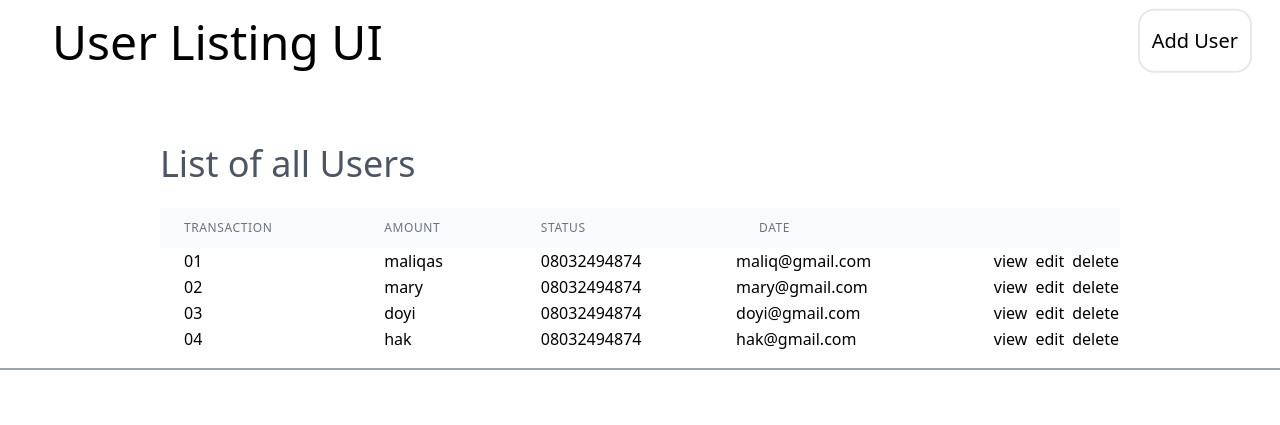
Repository: Marlstergo/listings
Page: / (app in client/)
These files come from the project's save history. The page is drawn as it stood at one moment and after the next save; the edit follows.
The browser window is 1280 px wide. The pictures show the whole page.
The project was rebuilt for these pictures with package versions that can differ from the ones it lists, and the page was loaded fresh each time. Also part of the build but not shown: client/craco.config.js, client/src/components/Loader.js, client/src/components/List.js, client/src/components/EditUser.js.

Above is the page before, as saved 2021-07-21 16:36:14.

### client/src/index.js
/* eslint-disable no-unused-vars */
import React from "react";
import ReactDOM from "react-dom";
import "./index.css";
import App from "./App";
import reportWebVitals from "./reportWebVitals";
import { BrowserRouter as Router } from 'react-router-dom';
import { Provider } from "react-redux";
import { store } from "./redux/store";
import { PersistGate } from "redux-persist/integration/react";
import { persistor } from "./redux/store";

ReactDOM.render(
  <React.StrictMode>
    <Provider store={store}>
      <Router>
        <PersistGate persistor={persistor}>
          <App />
        </PersistGate>
      </Router>
    </Provider>
  </React.StrictMode>,
  document.getElementById("root")
);

// If you want to start measuring performance in your app, pass a function
// to log results (for example: reportWebVitals(console.log))
// or send to an analytics endpoint. Learn more: https://bit.ly/CRA-vitals
reportWebVitals();

### client/src/App.js
import React, { useState } from "react";
import { BrowserRouter, Route, Switch, useLocation } from "react-router-dom";
import Header from "./components/Header";
import Home from "./components/Home";
import List from "./components/List";
// import Toppings from "./components/Toppings";
import Order from "./components/EditUser";
// import Modal from "./components/Modal";
import { AnimatePresence } from "framer-motion";

function App() {
  const location = useLocation();
  const showModal = true;

  return (
    <>
      <Header />
      {/* <Modal showModal={showModal} /> */}
      <AnimatePresence exitBeforeEnter>
        <BrowserRouter>
          <Switch>
            <Route exact name="home" path="/">
              <Home />
            </Route>
            {/* <Route exact path="/createUpdateUser">
            <Toppings />
          </Route> */}
            <Route path="/edit" exact name="order">
              <Order />
            </Route>
            <Route path="/view" exact name="view">
              <List/>
            </Route>
          </Switch>
        </BrowserRouter>
      </AnimatePresence>
    </>
  );
}

export default App;

### client/src/redux/store.js
import { createStore, applyMiddleware } from "redux";
import { logger } from 'redux-logger';
import {persistStore} from 'redux-persist';
// import thunk from 'redux-thunk'
import createSagaMiddleware from 'redux-saga'

import rootSaga from './root-sagas'

import rootReducer from './root-reducer';

const sagaMiddleware = createSagaMiddleware()

const middleware = [sagaMiddleware];

if( process.env.NODE_ENV === 'development'){
    middleware.push(logger)
}

export const store = createStore(rootReducer, applyMiddleware(...middleware))

sagaMiddleware.run(rootSaga)

export const persistor = persistStore(store)

export default (store, persistor);

### client/src/components/Header.js
import React from "react";
import { motion } from "framer-motion";

const svgVariants = {
  hidden: { rotate: -180 },
  visible: {
    rotate: 0,
    transition: { duration: 1 },
  },
};

const pathVariants = {
  hidden: {
    opacity: 0,
    pathLength: 0,
  },
  visible: {
    opacity: 1,
    pathLength: 1,
    transition: {
      duration: 2,
      ease: "easeInOut",
    },
  },
};

const buttonVariants = {
  show: {
    y: [0, -20],
    x: 0,
    textShadow: "0px 0px 8px rgb(255,255,255)",
    boxShadow: "0px 0px 8px rgb(255,255,255)",
    transition: {
      duration: 0.3,
      yoyo: Infinity,
      ease: 'easeOut'
    },
  },
};

const Header = () => {
  return (
    <header className="flex p-7 w-screen justify-between  items-center">
      {/* <motion.div
        className="logo"
        drag
        dragConstraints={{ left: 0, top: 0, right: 0, bottom: 0 }}
        dragElastic={0.7}
      >

      </motion.div> */}
      <motion.div
        className=" flex justify-between w-full ml-6 text-xs"
        initial={{ y: -250 }}
        animate={{ y: -10 }}
        transition={{ delay: 0.2, type: "spring", stiffness: 120 }}
      >
        <h1 className=" pb-4 text-5xl">User Listing UI</h1>
        <motion.button variants={buttonVariants} whileHover="hover"
        animate="show"
        className="text-xl border-2 px-3 rounded-2xl active:bg-gray-200"
        >
          Add User
        </motion.button>
      </motion.div>
    </header>
  );
};

export default Header;

### client/src/components/Home.js
import React from "react";
import { Link } from "react-router-dom";
import { motion } from "framer-motion";
import Loader from "./Loader";
import UserRow from "./UserRow";



const containerVariants = {
  hidden: {
    opacity: 0,
  },
  visible: {
    opacity: 1,
    transition: { delay: 1.5, duration: 1.5 },
  },
  exit: {
    x: "-100vh",
    transition: { ease: "easeInOut" },
  },
};
const buttonVariants = {
  hover: {
    scale: 1.1,
    textShadow: "0px 0px 8px rgb(255,255,255)",
    boxShadow: "0px 0px 8px rgb(255,255,255)",
    transition: {
      duration: 0.3,
      yoyo: Infinity
    }
  }
}
const users = [
  {
    id: '01',
    name: "maliqas",
    email: "maliq@gmail.com",
    phone: '08032494874'
  },
  {
    id: '02',
    name: "mary",
    email: "mary@gmail.com",
    phone: '08032494874'
  },
  {
    id: '03',
    name: "doyi",
    email: "doyi@gmail.com",
    phone: '08032494874'
  },
  {
    id: '04',
    name: "hak",
    email: "hak@gmail.com",
    phone: '08032494874'
  },
];
const Home = () => {
  return (
    <motion.div
      className="  pb-4 mb-4 border-b-2 border-gray-400 flex flex-col items-center"
      variants={containerVariants}
      initial="hidden"
      animate="visible"
      exit="exit"
    >
      <div className="w-3/4 ">
        <h1 className="text-gray-600 py-6 text-4xl">List of all Users</h1>

        <table className="min-w-full divide-y divide-gray-200">
          <thead>
            <tr>
              <th className="px-6 py-3 bg-gray-50 text-left text-xs font-medium text-gray-500 uppercase tracking-wider">
                Transaction
              </th>
              <th className="px-6 py-3 bg-gray-50 text-left text-xs font-medium text-gray-500 uppercase tracking-wider">
                Amount
              </th>
              <th className=" px-6 py-3 bg-gray-50 text-left text-xs font-medium text-gray-500 uppercase tracking-wider">
                Status
              </th>
              <th className="px-6 py-3 bg-gray-50 text-left text-xs font-medium text-gray-500 uppercase tracking-wider">
                Date
              </th>
            </tr>
            {
              users.map((user) =>(
                <UserRow name={user.name} id={user.id} email={user.email} phone={user.phone} />
              ))
            }
          </thead>
        </table>
      </div>
    </motion.div>
  );
};

export default Home;

### client/src/redux/root-sagas.js
import {all, call} from 'redux-saga/effects'
import {userSagas} from './user/user.sagas'


export default function* rootSaga(){
    yield all([
        call(userSagas),
    ])
}

### client/src/redux/root-reducer.js
import {combineReducers} from 'redux'
import userReducer from './user/user.reducer'
// import cartReducer from './cart/cart.reducer'
import {persistReducer} from 'redux-persist'
import storage from 'redux-persist/lib/storage'
// import directoryReducer from './directory/directory.reducer'
// import shopReducer from './shop/shop.reducer'

const persistConfig ={
    key: 'root',
    storage,
    whitelist: ['' ]
}
const rootReducer = combineReducers({
    user: userReducer,

})
export default persistReducer(persistConfig, rootReducer)

### client/src/components/UserRow.jsx
import React from "react";

const UserRow = ({ id, name, phone, email }) => {
  console.log(phone);
  return (
    <tr>
      <td className="px-6">{id}</td>
      <td className="px-6">{name}</td>
      <td className="px-6">{phone}</td>
      <td className=" flex justify-between ">
        <p className="">{email}</p>
        <span className=" space-x-2 flex">
          <button>view</button>
          <button>edit</button>
          <button>delete</button>
        </span>
      </td>
    </tr>
  );
};

export default UserRow;

### client/src/redux/user/user.sagas.js
import { all, call, put, takeLatest } from "redux-saga/effects";

import UserActionTypes from "./user.types";
import { loadUserDetail } from "./user.action";
// import axios from "axios";
// import { getUserDetailsURL } from "../../components/stringConstants";

export function* getDetails() {
  yield console.log("i fired");

  // try {
  //   console.log("inside try");

  //   const res = yield axios.get(getUserDetailsURL);
  //   const data = yield res.data;
  //   console.log(res);
  //   yield put(loadUserDetail(data ? data.data[0] : {}));
  // } catch (err) {
  //   console.log(err.response);
  //   if (err.response && err.response.statusText === "Not Found") {
  //     // console.log("");
  //     window.location.href = "/profile/settings?newUser=0837";
  //   }
  // }
}

export function* getUserDetails() {
  yield takeLatest(UserActionTypes.GET_USER_DETAIL, getDetails);
}
// export function* loadUserDetails(){
//     yield takeLatest(UserActionTypes.LOAD_USER_DETAIL, loadDetails)
// }

export function* userSagas() {
  yield all([call(getUserDetails)]);
}

### client/src/redux/user/user.reducer.js
import UserActionTypes from "./user.types";
const INITIAL_STATE = {
  // currentUser: null,
  userDetail: {},
  demo: 'i am demo',
  location: null

};
const userReducer = (state = INITIAL_STATE, action) => {
  switch (action.type) {

    case UserActionTypes.LOAD_USER_DETAIL:
      return {
        ...state,
        userDetail: action.payload,
      };

    case UserActionTypes.COLLECT_GEOLOCATION:
      return {
        ...state,
        location: action.payload
      }
    default:
      return state;
  }
};

export default userReducer;

### client/src/redux/user/user.types.js
const UserActionTypes ={
    GOOGLE_SIGN_IN_START : 'GOOGLE_SIGN_IN_START',
    SIGN_IN_SUCCESS : 'SIGN_IN_SUCCESS',
    SIGN_IN_FAILURE : 'SIGN_IN_FAILURE',
    GET_USER_DETAIL: 'GET_USER_DETAIL',
    LOAD_USER_DETAIL: 'LOAD_USER_DETAIL',
    COLLECT_GEOLOCATION: 'COLLECT_GEOLOCATION',
    FETCH_GEOLOCATION: 'FETCH_GEOLOCATION'
}
export default UserActionTypes;

### client/src/redux/user/user.action.js
import UserActionTypes from './user.types'



// export const googleSignInStart = () => ({
//     type: UserActionTypes.GOOGLE_SIGN_IN_START
// })

// export const signInSuccess = (user) => ({
//     type: UserActionTypes.SIGN_IN_SUCCESS,
//     payload: user
// })

export const getUserDetail = () => ({
    type: UserActionTypes.GET_USER_DETAIL,

})
export const loadUserDetail = (details) => ({
    type: UserActionTypes.LOAD_USER_DETAIL,
    payload: details
})

export const fetchGeoloction = () => ({
    type: UserActionTypes.FETCH_GEOLOCATION
})
export const collectGeolocation = (location) => ({
    type: UserActionTypes.COLLECT_GEOLOCATION,
    payload: location
})
// })

### client/tailwind.config.js
// tailwind.config.js
module.exports = {
  // mode:'jit',
  purge: ["./src/**/*.{js,jsx,ts,tsx}", "./public/index.html"],
  darkMode: false, // or 'media' or 'class'
  theme: {
    extend: {},
  },
  variants: {
    extend: {
      backgroundColor: ["active"],
    },
  },
  plugins: [],
};

Loaded but not shown: client/public/index.html (common file); client/src/index.css (common file); client/src/reportWebVitals.js (common file)

After the next save:
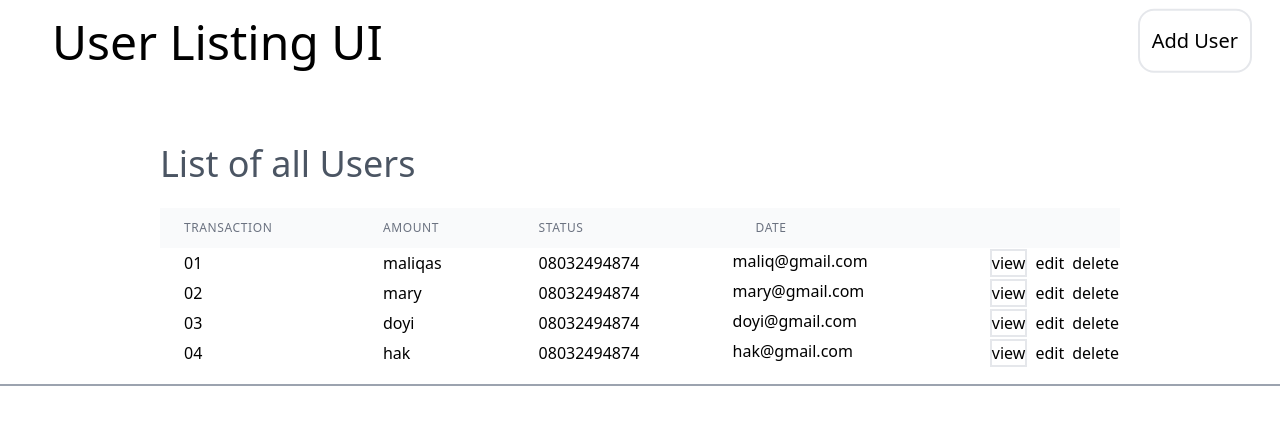
Saved 52 s later.
--- a/client/src/components/UserRow.jsx
+++ b/client/src/components/UserRow.jsx
@@ -10,7 +10,7 @@ const UserRow = ({ id, name, phone, email }) => {
       <td className=" flex justify-between ">
         <p className="">{email}</p>
         <span className=" space-x-2 flex">
-          <button>view</button>
+          <button className="border-2 ">view</button>
           <button>edit</button>
           <button>delete</button>
         </span>
